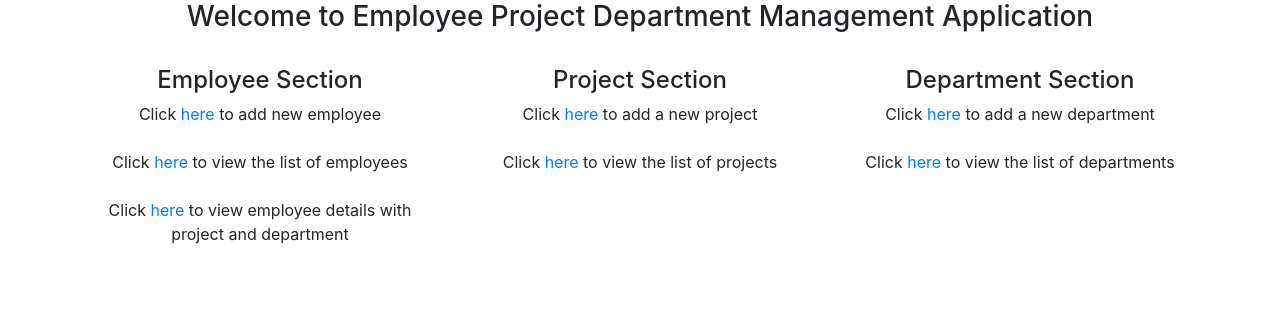
Repository: ArmanAli-cmd/EmployeeProjectDepartmentApplication
Page: http://localhost/EmployeeProjectDepartmentMVCApplication/views/index.jsp
An editor plug-in stored every save of this project. The page is shown before and after the next save, followed by the edit.
The browser window is 1280 px wide. The pictures show the whole page.
The page is served by Tomcat 9. The template is opened directly, without the code that normally fills it, so the values that code supplies are empty.

Above is the page before, as saved 2024-01-18 06:01:17.

After the next save:
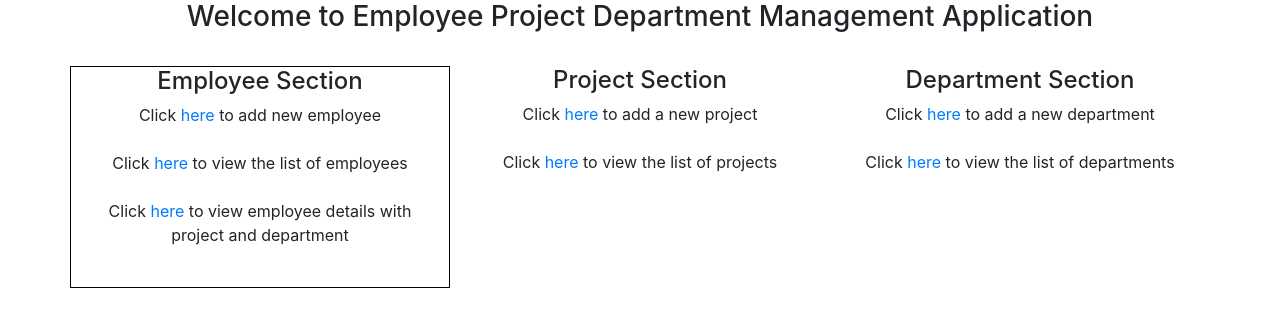
Saved 3 min 43 s later.
--- a/EmployeeProjectDepartmentMVCApplication/src/main/webapp/views/index.jsp
+++ b/EmployeeProjectDepartmentMVCApplication/src/main/webapp/views/index.jsp
@@ -33,7 +33,7 @@
 		<h3>Welcome to Employee Project Department Management Application</h3>
 		<br>
 		<div class="row">
-			<div class="col-sm-4">
+			<div class="col-sm-4" style="border: 1px solid black;">
 				<h4>Employee Section</h4>
 				<p>
 					Click <a href="/views/employee-signup.jsp">here</a> to add new employee
